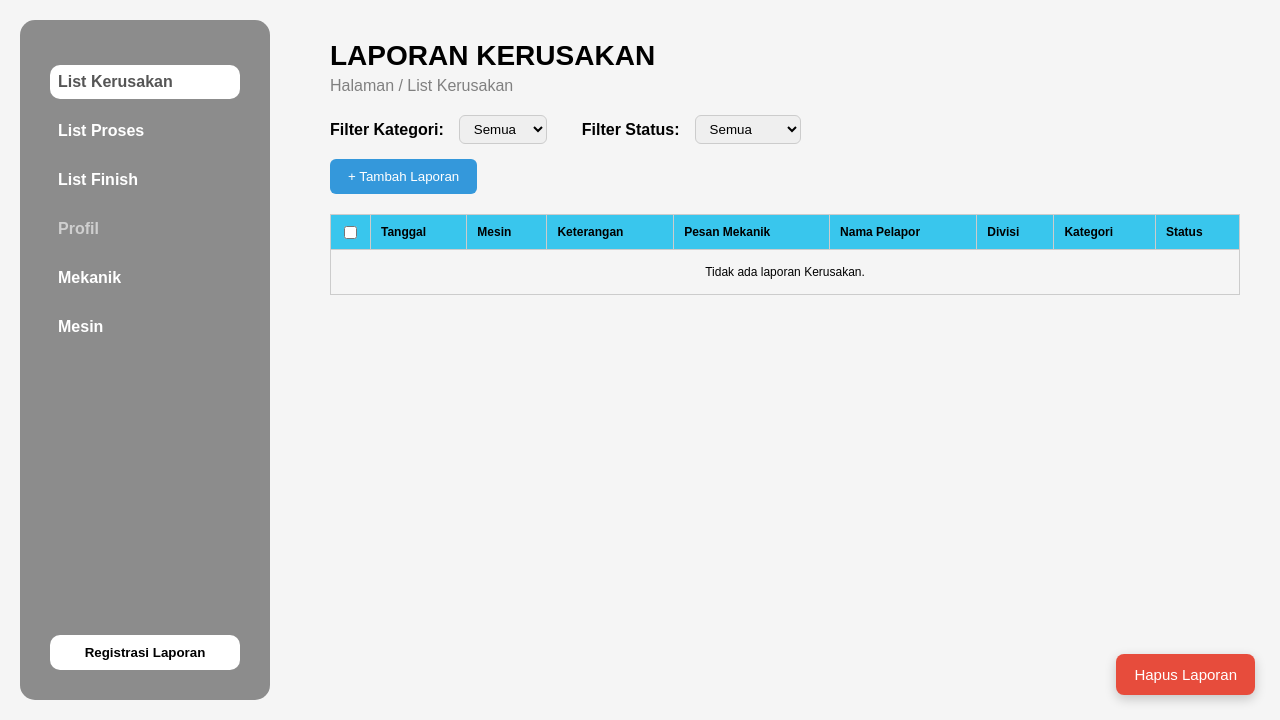
Repository: 1rHub/maintenance
Page: http://localhost/dashboard_laporan.php
The author's editor kept a copy of each file at every save. The page is drawn from the files as they stood at one save, then again after the next save.
The browser window is 1280 px wide. The pictures show the whole page.
After loading, the first visible `button.register-btn` was clicked once.
The page is run by PHP 8.4 with error messages shown; the project is at /var/www/html/. Queries for data that is not in the repository find no rows.

Above is the page before, as saved 2025-10-16 00:30:26.
Console error: ReferenceError: openPopup is not defined

After the next save:
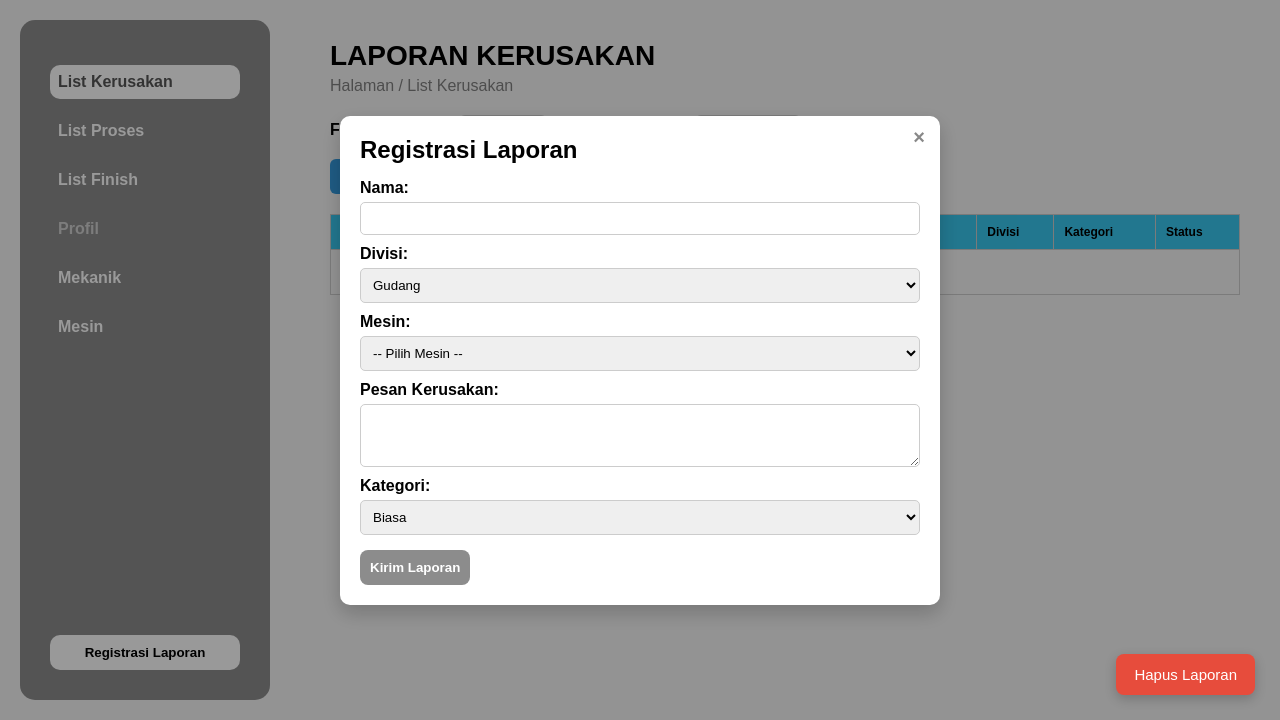
The error is gone.
Saved 9 s later.
--- a/dashboard_laporan.php
+++ b/dashboard_laporan.php
@@ -312,6 +312,14 @@ if ($_SERVER['REQUEST_METHOD'] === 'POST' && isset($_POST['ambil_laporan'])) {
             });
             form.submit();
         });
+        // === Fungsi untuk buka dan tutup popup ===
+function openPopup() {
+    document.getElementById('popupForm').style.display = 'flex';
+}
+
+function closePopup() {
+    document.getElementById('popupForm').style.display = 'none';
+}
 
     </script>
 </body>
